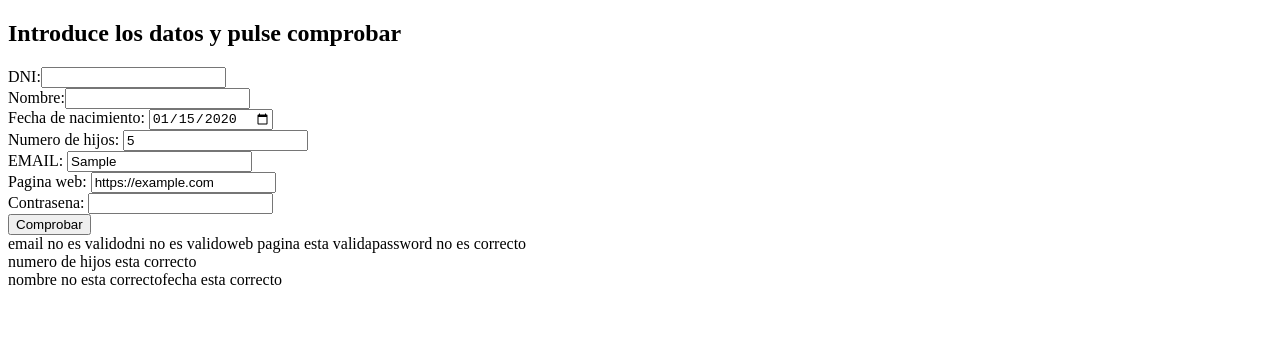
Repository: KoTvTrysaX01/2DAW-Desarrollo-WEB-en-Entorno-Cliente
Page: JAVASCRIPT/UD2/practica5/Actividad1/index.html
The author's editor kept a copy of each file at every save. The page is drawn from the files as they stood at one save, then again after a run of saves.
The browser window is 1280 px wide. The pictures show the whole page.
Empty fields were first filled with sample values (such as "Sample", 5 or name@example.com).
After loading, the first visible `#registartionForm` was submitted once.

Above is the page before, as saved 2025-11-01 16:56:34.

After the next 3 saves:
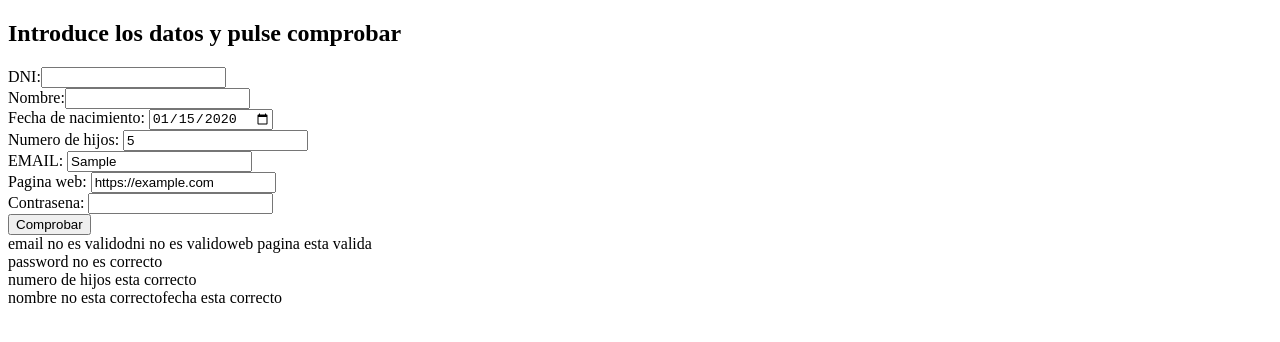
The 3 saves are shown as one change because they came seconds apart.
The last was saved 36 s later.
--- a/JAVASCRIPT/UD2/practica5/Actividad1/script.js
+++ b/JAVASCRIPT/UD2/practica5/Actividad1/script.js
@@ -45,9 +45,9 @@ form.addEventListener("submit", (e) => {
     function esValidoWeb() {
       const urlvalid = web.value.trim()
       if(validWeb(urlvalid)) {
-        error.innerHTML +="web pagina esta valida"
+        error.innerHTML +="web pagina esta valida<br>"
       } else {
-        error.innerHTML += "web pagina no esta valida"
+        error.innerHTML += "web pagina no esta valida<br>"
         web.value = " "
 
       }
@@ -70,7 +70,7 @@ form.addEventListener("submit", (e) => {
       if(isNaN(validHijos) || valorHijos < 0 || validHijos > 10) {
          error.innerHTML += "numero de hijos esta correcto<br>"
       } else {
-         error.innerHTML += "numero de hijos no esta correcto"
+         error.innerHTML += "numero de hijos no esta correcto<br>"
          hijos.value = ""
       }
      }
